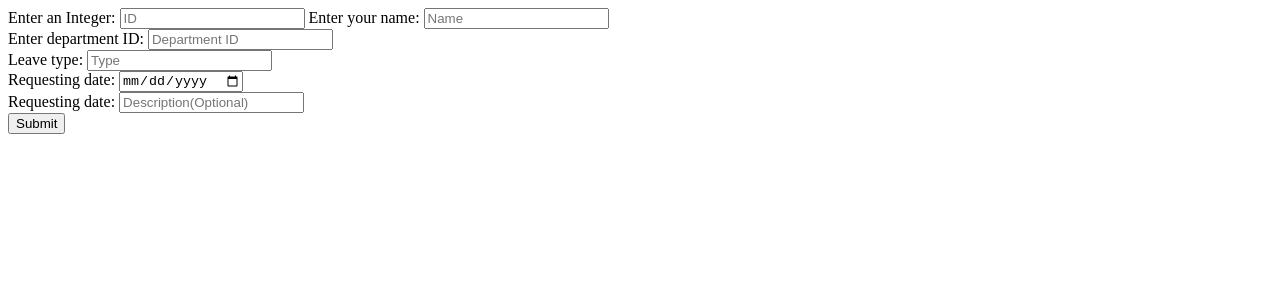
Repository: sakuuLay/StaffManagementSys
Page: http://localhost/test/LeaveRequest.jsp
An editor plug-in stored every save of this project. The page is shown before and after the next save, followed by the edit.
The browser window is 1280 px wide. The pictures show the whole page.
The page is served by Tomcat 9.

Above is the page before, as saved 2024-10-20 07:36:52.
Console error: SyntaxError: Unexpected token ')'

After the next save:
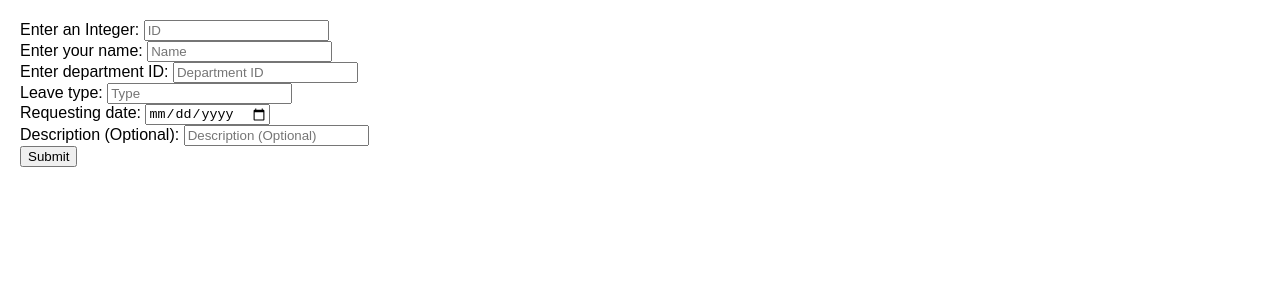
The error is gone.
Saved 7 min 53 s later.
--- a/test/src/main/webapp/LeaveRequest.jsp
+++ b/test/src/main/webapp/LeaveRequest.jsp
@@ -5,46 +5,80 @@
 <head>
 <meta charset="UTF-8">
 <title>RequestLeave</title>
+    <meta charset="UTF-8">
+    <meta name="viewport" content="width=device-width, initial-scale=1.0">
+
+    <style>
+        body {
+            font-family: Arial, sans-serif;
+            margin: 20px;
+        }
+        span.error {
+            color: red;
+            display: none;
+        }
+    </style>
+
 </head>
+
+
 <body>
-	<form action = "#" method = "post">
 
-		<label for="empintID">Enter an Integer:</label>
-		<input type="text" id="empintID" name="eid" placeholder="ID" pattern="^-?\d+$" required>
-		<span id="error" style="color: red; display: none;">Please enter a valid (integer) number.</span>
+    <form action="#" method="post">
+        <label for="empintID">Enter an Integer:</label>
+        <input type="text" id="empintID" name="eid" placeholder="ID" pattern="^-?\d+$" required>
+        <span id="errorInt" class="error">Please enter a valid (integer) number.</span><br>
 
-		<label for="empname">Enter your name: </label>
-		<input type="text" id="empname" name="name" placeholder="Name" required><br>
-		<span id="error" style="color: red; display: none;">Required field.</span>
+        <label for="empname">Enter your name:</label>
+        <input type="text" id="empname" name="name" placeholder="Name" required>
+        <span id="errorName" class="error">Required field.</span><br>
 
-		<label for="empdid">Enter department ID: </label>
-		<input type="text" id="empdid" name="did" placeholder="Department ID" required><br>
-		<span id="error" style="color: red; display: none;">Required field.</span>
+        <label for="empdid">Enter department ID:</label>
+        <input type="text" id="empdid" name="did" placeholder="Department ID" required>
+        <span id="errorDept" class="error">Required field.</span><br>
 
-		<label for="type">Leave type: </label>
-		<input type="text" id="type"  name="type" placeholder="Type" required><br>
-		<span id="error" style="color: red; display: none;">Required field.</span>
+        <label for="type">Leave type:</label>
+        <input type="text" id="type" name="type" placeholder="Type" required>
+        <span id="errorType" class="error">Required field.</span><br>
 
-		<label for="date">Requesting date: </label>
-		<input type="date" id="date"  name="date" required><br>
-		<span id="error" style="color: red; display: none;">Required field.</span>
+        <label for="date">Requesting date:</label>
+        <input type="date" id="date" name="date" required>
+        <span id="errorDate" class="error">Required field.</span><br>
 
-		<label for="des">Requesting date: </label>
-		<input type="text" id="des"  name="des" placeholder="Description(Optional)"><br>
+        <label for="des">Description (Optional):</label>
+        <input type="text" id="des" name="des" placeholder="Description (Optional)"><br>
 
-		<button type="submit">Submit</button>
-	</form>
-	<script>
-    	document.getElementById('empintID').addEventListener('input', function (event)) {
-        var input = event.target;
-        var errorMessage = document.getElementById('error');
+        <button type="submit">Submit</button>
+    </form>
 
-        if (input.validity.patternMismatch) {
-            errorMessage.style.display = 'block';
-        } else {
-            errorMessage.style.display = 'none';
-        }
-    };
+    <script>
+        // Validate integer input
+        document.getElementById('empintID').addEventListener('input', function (event) {
+            var input = event.target;
+            var errorMessage = document.getElementById('errorInt');
+
+            if (input.validity.patternMismatch) {
+                errorMessage.style.display = 'block';
+            } else {
+                errorMessage.style.display = 'none';
+            }
+        });
+
+        // Validate required fields
+        var fields = ['empname', 'empdid', 'type', 'date'];
+        fields.forEach(function (id) {
+            document.getElementById(id).addEventListener('input', function (event) {
+                var input = event.target;
+                var errorId = 'error' + input.id.charAt(0).toUpperCase() + input.id.slice(1);
+                var errorMessage = document.getElementById(errorId);
+
+                if (input.value === '') {
+                    errorMessage.style.display = 'block';
+                } else {
+                    errorMessage.style.display = 'none';
+                }
+            });
+        });
     </script>
 </body>
 </html>
